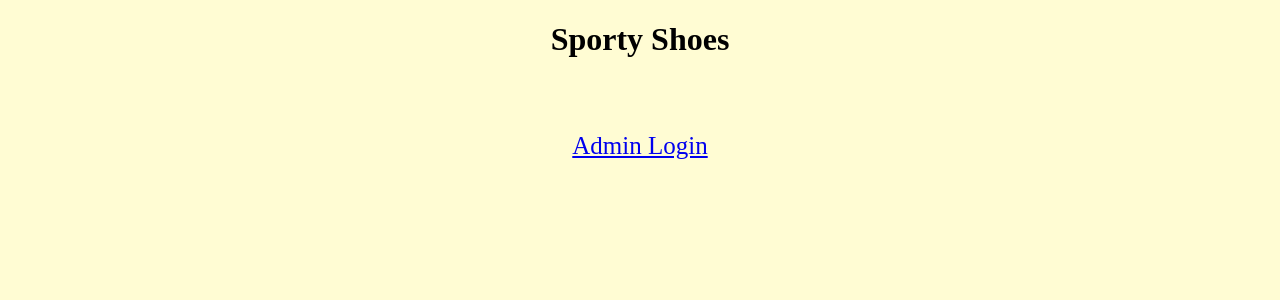
Repository: goutham-1998/Simplilearn_Projects_Repository
Page: http://localhost/sporty_shoes/
The author's editor kept a copy of each file at every save. The page is drawn from the files as they stood at one save, then again after the next save.
The browser window is 1280 px wide. The pictures show the whole page.
The page is served by Tomcat 9.

Above is the page before, as saved 2022-03-25 05:27:43.

After the next save:
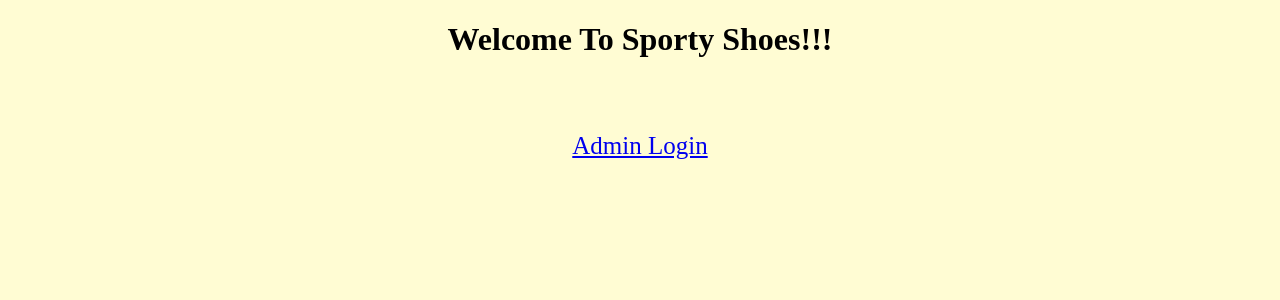
Saved 19 s later.
--- a/Phase-3 Assisted Projects/Phase-3 Project/sporty_shoes/src/main/webapp/Home.jsp
+++ b/Phase-3 Assisted Projects/Phase-3 Project/sporty_shoes/src/main/webapp/Home.jsp
@@ -8,7 +8,7 @@
 </head>
 <body style="background-color:rgb(255,252,211)">
 
-<h1 align="center">Sporty Shoes</h1><br><br>
+<h1 align="center">Welcome To Sporty Shoes!!!</h1><br><br>
 <p align="center"><a href="adminLogin" style="font-size:25px;">Admin Login</a></p>
 </body>
 </html>
